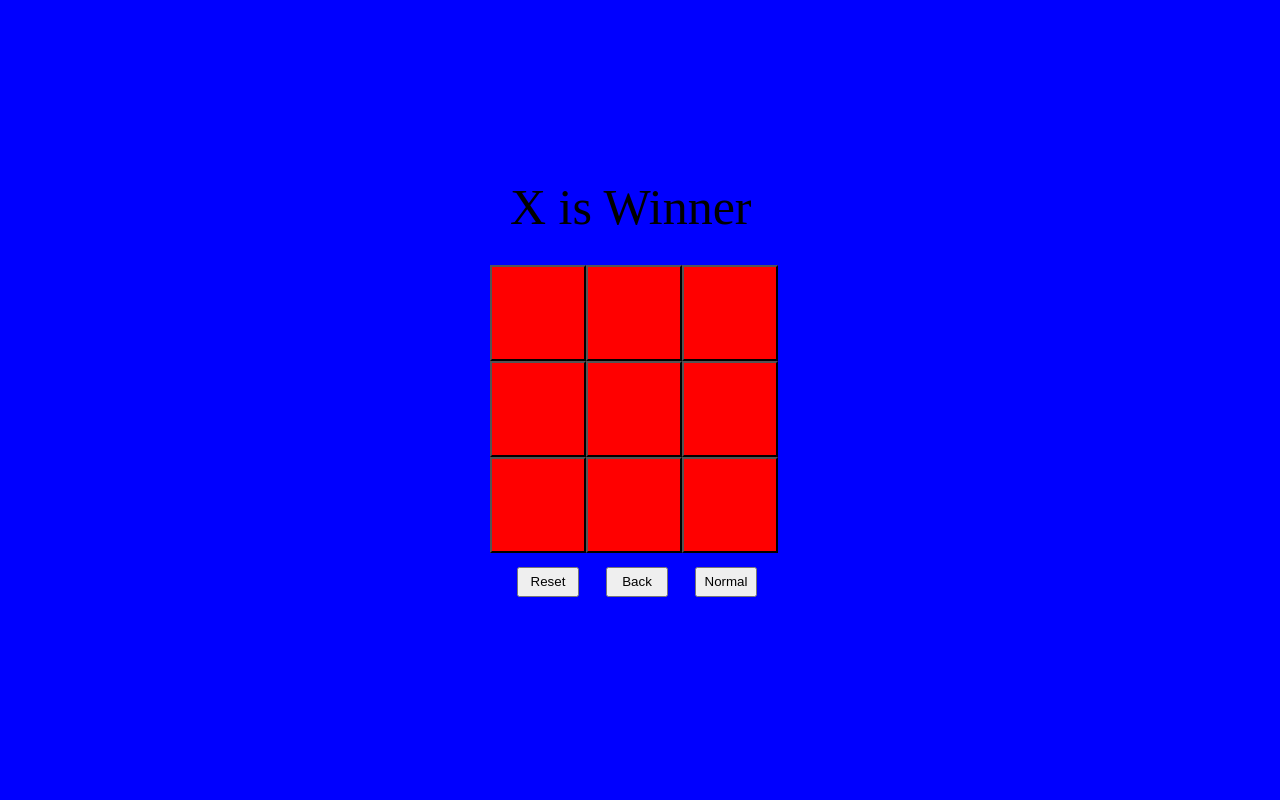
Repository: Mush-s/Folio-OX
Page: /game
The author's editor kept a copy of each file at every save. The page is drawn from the files as they stood at one save, then again after the next save.
The browser window is 1280 px wide. The pictures show the whole page.
The project was rebuilt for these pictures with package versions that can differ from the ones it lists, and the page was loaded fresh each time. Also part of the build but not shown: src/Start/Start.css, src/Start/Start.js.

Above is the page before, as saved 2022-09-02 18:50:00.

### src/index.js
import { createRoot } from "react-dom/client";
import { BrowserRouter } from "react-router-dom";
import ReactDOM from "react-dom";
import AfterGame from "./TicTacToe/AfterGame/AfterGame";

import App from "./App";
const container = document.getElementById("root");
const root = createRoot(container);
root.render(
  <BrowserRouter>
    <App />
  </BrowserRouter>
);

export const OverLay = () => {
  return ReactDOM.createPortal(
    <AfterGame />,
    document.getElementById("portal")
  );
};

### src/TicTacToe/AfterGame/AfterGame.js
const AfterGame = () => {
  return <div className="after"></div>;
};

export default AfterGame;

### src/App.js
import "./App.css";
import Game from "./TicTacToe/Game/Game";
import Start from "./Start/Start";
import { Route, Routes } from "react-router-dom";

const App = () => {
  return (
    <div className="app">
      <Routes>
        <Route path="/" element={<Start />} exact/>
        <Route path="/game" element={<Game />} />
      </Routes>
    </div>
  );
};

export default App;

### src/App.css
.app {
  position: relative;
  height: 50em;
  background-color: blue;
}
/* Document
 * ========================================================================== */

/**
 * 1. Add border box sizing in all browsers (opinionated).
 * 2. Backgrounds do not repeat by default (opinionated).
 */

*,
::before,
::after {
  box-sizing: border-box; /* 1 */
  background-repeat: no-repeat; /* 2 */
}

/**
  * 1. Add text decoration inheritance in all browsers (opinionated).
  * 2. Add vertical alignment inheritance in all browsers (opinionated).
  */

::before,
::after {
  text-decoration: inherit; /* 1 */
  vertical-align: inherit; /* 2 */
}

/**
  * 1. Use the default cursor in all browsers (opinionated).
  * 2. Change the line height in all browsers (opinionated).
  * 3. Breaks words to prevent overflow in all browsers (opinionated).
  * 4. Use a 4-space tab width in all browsers (opinionated).
  * 5. Remove the grey highlight on links in iOS (opinionated).
  * 6. Prevent adjustments of font size after orientation changes in iOS.
  */

:where(:root) {
  cursor: default; /* 1 */
  line-height: 1.5; /* 2 */
  overflow-wrap: break-word; /* 3 */
  -moz-tab-size: 4; /* 4 */
  tab-size: 4; /* 4 */
  -webkit-tap-highlight-color: transparent; /* 5 */
  -webkit-text-size-adjust: 100%; /* 6 */
  text-size-adjust: 100%; /* 6 */
}

/* Sections
  * ========================================================================== */

/**
  * Remove the margin in all browsers (opinionated).
  */

:where(body) {
  margin: 0;
}

/**
  * Correct the font size and margin on `h1` elements within `section` and
  * `article` contexts in Chrome, Edge, Firefox, and Safari.
  */

:where(h1) {
  font-size: 2em;
  margin: 0.67em 0;
}

/* Grouping content
  * ========================================================================== */

/**
  * Remove the margin on nested lists in Chrome, Edge, and Safari.
  */

:where(dl, ol, ul) :where(dl, ol, ul) {
  margin: 0;
}

/**
  * 1. Correct the inheritance of border color in Firefox.
  * 2. Add the correct box sizing in Firefox.
  */

:where(hr) {
  color: inherit; /* 1 */
  height: 0; /* 2 */
}

/**
  * Remove the list style on navigation lists in all browsers (opinionated).
  */

:where(nav) :where(ol, ul) {
  list-style-type: none;
  padding: 0;
}

/**
  * Prevent VoiceOver from ignoring list semantics in Safari (opinionated).
  */

:where(nav li)::before {
  content: "\200B";
  float: left;
}

/**
  * 1. Correct the inheritance and scaling of font size in all browsers.
  * 2. Correct the odd `em` font sizing in all browsers.
  * 3. Prevent overflow of the container in all browsers (opinionated).
  */

:where(pre) {
  font-family: monospace, monospace; /* 1 */
  font-size: 1em; /* 2 */
  overflow: auto; /* 3 */
}

/* Text-level semantics
  * ========================================================================== */

/**
  * Add the correct text decoration in Safari.
  */

:where(abbr[title]) {
  text-decoration: underline;
  text-decoration: underline dotted;
}

/**
  * Add the correct font weight in Chrome, Edge, and Safari.
  */

:where(b, strong) {
  font-weight: bolder;
}

/**
  * 1. Correct the inheritance and scaling of font size in all browsers.
  * 2. Correct the odd `em` font sizing in all browsers.
  */

:where(code, kbd, samp) {
  font-family: monospace, monospace; /* 1 */
  font-size: 1em; /* 2 */
}

/**
  * Add the correct font size in all browsers.
  */

:where(small) {
  font-size: 80%;
}

/* Embedded content
  * ========================================================================== */

/*
  * Change the alignment on media elements in all browsers (opinionated).
  */

:where(audio, canvas, iframe, img, svg, video) {
  vertical-align: middle;
}

/**
  * Remove the border on iframes in all browsers (opinionated).
  */

:where(iframe) {
  border-style: none;
}

/**
  * Change the fill color to match the text color in all browsers (opinionated).
  */

:where(svg:not([fill])) {
  fill: currentColor;
}

/* Tabular data
  * ========================================================================== */

/**
  * 1. Collapse border spacing in all browsers (opinionated).
  * 2. Correct table border color in Chrome, Edge, and Safari.
  * 3. Remove text indentation from table contents in Chrome, Edge, and Safari.
  */

:where(table) {
  border-collapse: collapse; /* 1 */
  border-color: currentColor; /* 2 */
  text-indent: 0; /* 3 */
}

/* Forms
  * ========================================================================== */

/**
  * Remove the margin on controls in Safari.
  */

:where(button, input, select) {
  margin: 0;
}

/**
  * Correct the inability to style buttons in iOS and Safari.
  */

:where(button, [type="button" i], [type="reset" i], [type="submit" i]) {
  -webkit-appearance: button;
}

/**
  * Change the inconsistent appearance in all browsers (opinionated).
  */

:where(fieldset) {
  border: 1px solid #a0a0a0;
}

/**
  * Add the correct vertical alignment in Chrome, Edge, and Firefox.
  */

:where(progress) {
  vertical-align: baseline;
}

/**
  * 1. Remove the margin in Firefox and Safari.
  * 3. Change the resize direction in all browsers (opinionated).
  */

:where(textarea) {
  margin: 0; /* 1 */
  resize: vertical; /* 3 */
}

/**
  * 1. Correct the odd appearance in Chrome, Edge, and Safari.
  * 2. Correct the outline style in Safari.
  */

:where([type="search" i]) {
  -webkit-appearance: textfield; /* 1 */
  outline-offset: -2px; /* 2 */
}

/**
  * Correct the cursor style of increment and decrement buttons in Safari.
  */

::-webkit-inner-spin-button,
::-webkit-outer-spin-button {
  height: auto;
}

/**
  * Correct the text style of placeholders in Chrome, Edge, and Safari.
  */

::-webkit-input-placeholder {
  color: inherit;
  opacity: 0.54;
}

/**
  * Remove the inner padding in Chrome, Edge, and Safari on macOS.
  */

::-webkit-search-decoration {
  -webkit-appearance: none;
}

/**
  * 1. Correct the inability to style upload buttons in iOS and Safari.
  * 2. Change font properties to `inherit` in Safari.
  */

::-webkit-file-upload-button {
  -webkit-appearance: button; /* 1 */
  font: inherit; /* 2 */
}

/* Interactive
  * ========================================================================== */

/*
  * Add the correct styles in Safari.
  */

:where(dialog) {
  background-color: white;
  border: solid;
  color: black;
  height: -moz-fit-content;
  height: fit-content;
  left: 0;
  margin: auto;
  padding: 1em;
  position: absolute;
  right: 0;
  width: -moz-fit-content;
  width: fit-content;
}

:where(dialog:not([open])) {
  display: none;
}

/*
  * Add the correct display in Safari.
  */

:where(details > summary:first-of-type) {
  display: list-item;
}

/* Accessibility
  * ========================================================================== */

/**
  * Change the cursor on busy elements in all browsers (opinionated).
  */

:where([aria-busy="true" i]) {
  cursor: progress;
}

/*
  * Change the cursor on disabled, not-editable, or otherwise
  * inoperable elements in all browsers (opinionated).
  */

:where([aria-disabled="true" i], [disabled]) {
  cursor: not-allowed;
}

/*
  * Change the display on visually hidden accessible elements
  * in all browsers (opinionated).
  */

:where([aria-hidden="false" i][hidden]) {
  display: initial;
}

:where([aria-hidden="false" i][hidden]:not(:focus)) {
  clip: rect(0, 0, 0, 0);
  position: absolute;
}

### src/TicTacToe/Game/Game.js
import { useEffect, useState } from "react";
import Cell from "./Cell";
import { Pattern } from "../Patterns/Pattern";
import GameButtons from "./GameButtons/GameButtons";

import "./Game.css";
import { OverLay } from "../..";

const Game = () => {
  const [player, setPlayer] = useState("O");
  const [countDown, setCountDown] = useState(8);
  const [gameOver, setGameOver] = useState(false);
  const [result, setResult] = useState();
  const [mode, setMode] = useState("Normal");
  const [time, setTime] = useState(5);

  const [cellValues, setCellValues] = useState([
    "",
    "",
    "",
    "",
    "",
    "",
    "",
    "",
    "",
  ]);

  useEffect(() => {
    checkWin();
  });

  let timer;
  const updataCount = () => {
    timer = setInterval(() => {
      setTime((preC) => preC - 1);
    }, 1000);

    if (time === 0) {
      clearInterval(timer);
      if (player === "O") {
        setResult("X is Winner");
        setGameOver(true);
      }
      if (player === "X") {
        setResult("O is Winner");
        setGameOver(true);
      }
    }
  };

  useEffect(() => {
    updataCount();
    console.log(time);
    return () => clearInterval(timer);
  });

  useEffect(() => {
    setTime(5);
  }, [player]);

  const isCellEmpty = (index) => cellValues[index] === "";

  //Cell Clicked ここから

  const clickHandler = (index) => {
    if (isCellEmpty(index)) {
      setCountDown(countDown - 1);
      const newCellValues = [...cellValues];
      newCellValues[index] = player;
      setCellValues(newCellValues);

      if (player === "O") {
        setPlayer("X");
      } else {
        setPlayer("O");
      }

      if (countDown === 0) {
        setGameOver(true);
        setResult("引き分けです");
      }
      // Repaint mode 処理
    } else {
      if (mode === "Repaint") {
        setCountDown(countDown - 1);
        const newCellValues = [...cellValues];
        newCellValues[index] = player;
        setCellValues(newCellValues);

        if (player === "O") {
          setPlayer("X");
        } else {
          setPlayer("O");
        }
      }
      setMode("Normal");
    }
  };

  //Reset Button ここから

  const resetHandler = () => {
    setPlayer("O");
    setCountDown(8);
    setCellValues(["", "", "", "", "", "", "", "", ""]);
    setResult();
  };

  //Back button ここから

  const backHandler = () => {
    // setCountDown(countDown + 1);
    // const backedValues = [...cellValues]
    // setCellValues(backedValues)
    // if (player === "O") {
    //   setPlayer("X");
    // } else {
    //   setPlayer("O");
    // }
  };

  //Change button ここから

  const ChangeHandler = () => {
    if (mode === "Normal") {
      setMode("Repaint");
    }
    if (mode === "Repaint") {
      setMode("Normal");
    }
  };
  //勝ち負け判定

  const checkWin = () => {
    Pattern.forEach((currPa) => {
      const firstPlayer = cellValues[currPa[0]];
      if (firstPlayer === "") return;
      console.log(cellValues[currPa[0]]);
      let foundWiiningPattern = true;
      currPa.forEach((i) => {
        if (cellValues[i] !== firstPlayer) {
          foundWiiningPattern = false;
        }
      });

      if (foundWiiningPattern) {
        if (player === "O") {
          setResult("X is Winner");
          setGameOver(true);
        } else {
          setResult("O is Winner");
          setGameOver(true);
        }
      }
    });
  };
  return (
    <div className="game">
      <div className="result">{result}</div>
      {!gameOver && <div className="turn">{player}'s Turn</div>}
      {!gameOver && <p className="timer">You have {time} seconds</p>}
      {cellValues.map((value, index) => (
        <Cell key={index} value={value} onClick={() => clickHandler(index)} />
      ))}
      <GameButtons
        mode={mode}
        onClick={resetHandler}
        onBack={backHandler}
        onChange={ChangeHandler}
      />
      <OverLay gameOver={gameOver} />
    </div>
  );
};

export default Game;

### src/TicTacToe/Game/Cell.js
import "./Cell.css";

const Cell = (props) => {
  return (
    <div className="cell flat border">
      <button onClick={props.onClick}>{props.value}</button>
    </div>
  );
};

export default Cell;

### src/TicTacToe/Patterns/Pattern.js
export const Pattern = [
  [0, 1, 2],
  [3, 4, 5],
  [6, 7, 8],
  [0, 3, 6],
  [1, 4, 7],
  [2, 5, 8],
  [0, 4, 8],
  [2, 4, 6],
];

### src/TicTacToe/Game/GameButtons/GameButtons.js
import "./GameButtons.css";

const GameOver = (props) => {
  return (
    <div className="gameover">
      <button onClick={props.onClick}>Reset</button>
      <button onClick={props.onBack}>Back</button>
      <button onClick={props.onChange}>{props.mode}</button>
    </div>
  );
};

export default GameOver;

### src/TicTacToe/Game/Game.css
.game {
  position: absolute;
  top: 40%;
  left: 50%;
  margin-right: -50%;
  transform: translate(-50%, -50%);
  height: 300px;
  width: 300px;
  display: flex;
  flex-wrap: wrap;
}

.game .result {
  font-size: 50px;
  margin-bottom: 20px;
margin-left:20px;
}

.game .timer {
  font-size: 30px;
  margin-bottom: 15px;
  margin-left:20px;
}

.game .turn {
  font-size: 30px;
  margin-left:70px;
}

### src/TicTacToe/Game/Cell.css
.cell {
    height: 32%;
    width: 32%;
}
.cell button{
  width:100%;
  height:100%;
  color:aqua;
  background-color: red;
}


  .flat.border:hover {
    background: #ff9300;
    color: #fff;
  }
  .flat.border:active, .flat.border:focus {
    top: 2px;
  }

### src/TicTacToe/Game/GameButtons/GameButtons.css
.gameover {
  text-align: center;
  font-size: 30px;
}

.gameover button {
  width: 62px;
  height: 30px;
  margin-left: 27px;
}

Loaded but not shown: public/index.html (common file)

After the next save:
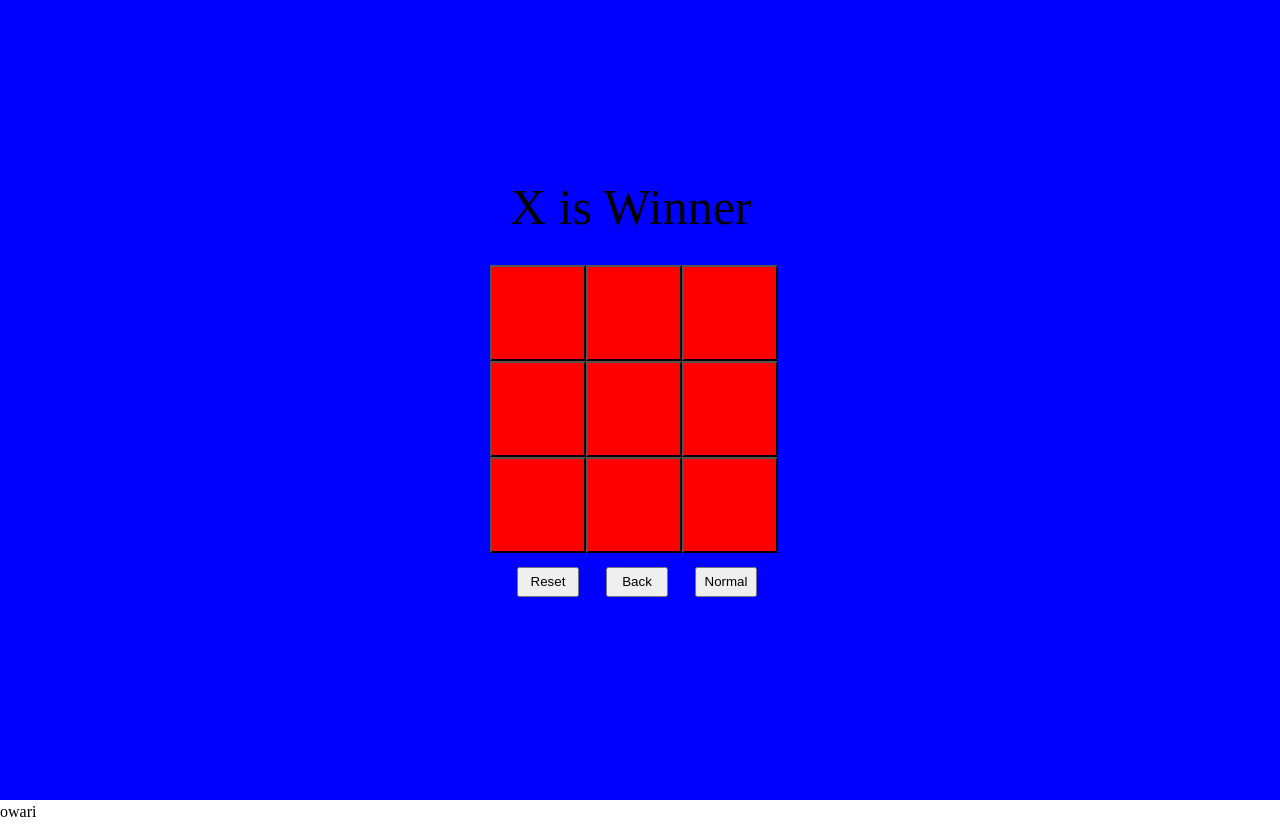
Saved 17 s later.
--- a/src/TicTacToe/AfterGame/AfterGame.js
+++ b/src/TicTacToe/AfterGame/AfterGame.js
@@ -1,5 +1,9 @@
 const AfterGame = () => {
-  return <div className="after"></div>;
+  return (
+    <div className="after">
+      <div className="content">owari</div>
+    </div>
+  );
 };
 
 export default AfterGame;
